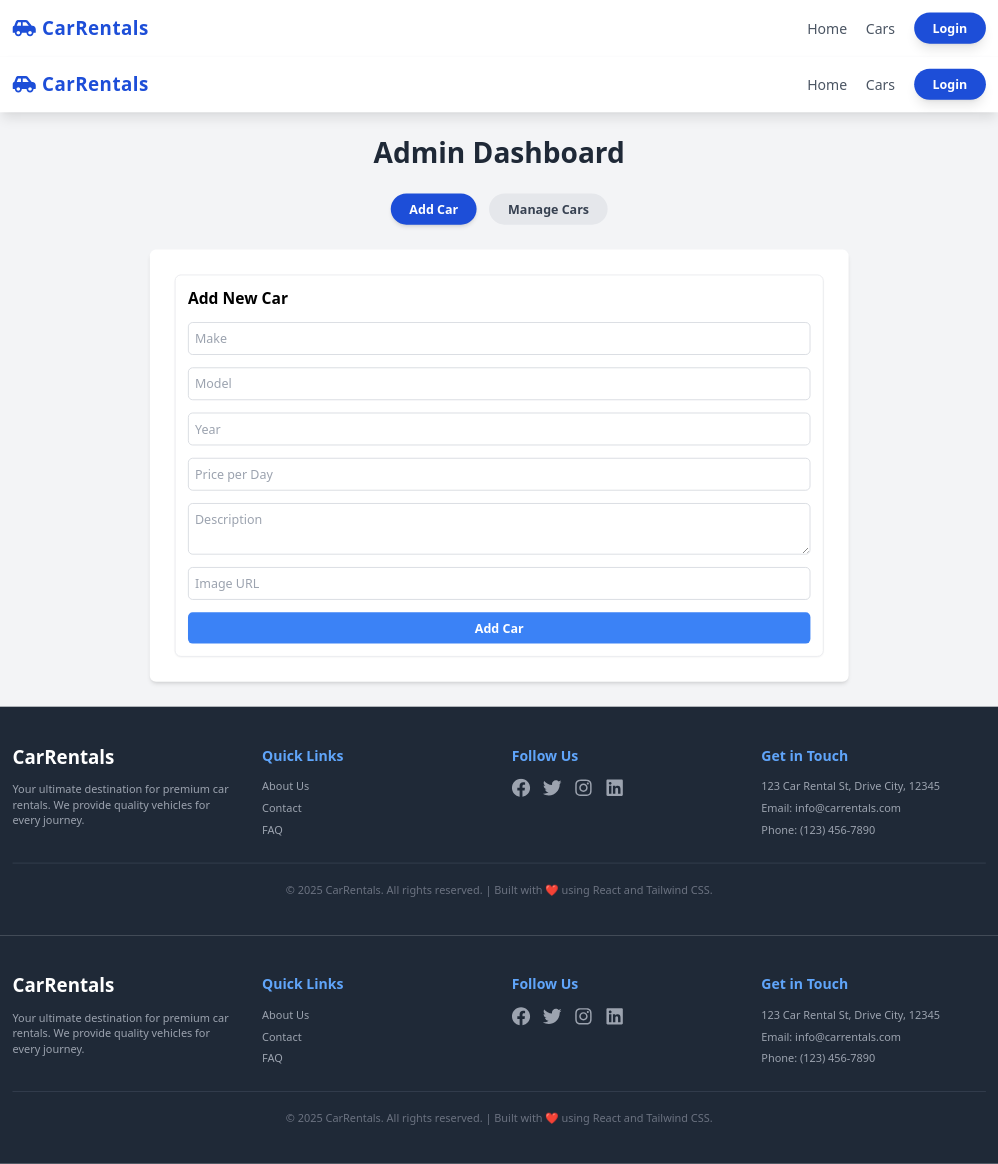
Repository: Daehy-peels/car-rental-app
Page: /admin (app in client/)
An editor plug-in stored every save of this project. The page is shown before and after the next save, followed by the edit.
The browser window is 1280 px wide. The pictures show the whole page, at 78% of full size.
The project was rebuilt for these pictures with package versions that can differ from the ones it lists, and the page was loaded fresh each time. Also part of the build but not shown: client/vite.config.js, client/src/components/Hero.jsx, client/src/components/CarCard.jsx, client/src/services/api.js, client/src/components/FeaturedCars.jsx, client/src/components/Testimonials.jsx, client/src/components/CallToAction.jsx, client/src/components/CarDetail.jsx and 2 more.

Above is the page before, as saved 2025-08-21 21:48:52.

### client/src/main.jsx
// src/main.jsx
import React from "react";
import ReactDOM from "react-dom/client";
import App from "./App.jsx";
import { BrowserRouter } from "react-router-dom";

ReactDOM.createRoot(document.getElementById("root")).render(
  <React.StrictMode>
    <BrowserRouter>
      <App />
    </BrowserRouter>
  </React.StrictMode>
);

### client/src/App.jsx
// src/App.jsx
import React, { useState, useEffect } from "react";
import { Routes, Route } from "react-router-dom";
import HomePage from "./pages/HomePage";
import AdminDashboard from "./pages/AdminDashboard";
import Navbar from "./components/Navbar";
import Footer from "./components/Footer";
import "./index.css";

function App() {
  return (
    <div className="flex flex-col min-h-screen bg-background font-sans antialiased">
      <Navbar />
      <div className="flex-grow">
        <Routes>
          <Route path="/" element={<HomePage />} />
          <Route path="/admin" element={<AdminDashboard />} />
        </Routes>
      </div>
      <Footer />
    </div>
  );
}

export default App;

### client/src/pages/AdminDashboard.jsx
// src/pages/AdminDashboard.jsx
import React, { useState } from "react";
import AddCarForm from "../components/AddCarForm";
import ManageCars from "../components/ManageCars";
import Navbar from "../components/Navbar";
import Footer from "../components/Footer";

const AdminDashboard = () => {
  const [activeTab, setActiveTab] = useState("addCar");

  const renderContent = () => {
    switch (activeTab) {
      case "addCar":
        return <AddCarForm />;
      case "manageCars":
        return <ManageCars />;
      // You will add 'manageUsers' and 'manageBookings' here later
      default:
        return <AddCarForm />;
    }
  };

  return (
    <div className="bg-background min-h-screen">
      <Navbar />
      <div className="container mx-auto px-4 py-8">
        <h1 className="text-4xl font-bold text-text mb-8 text-center">
          Admin Dashboard
        </h1>

        {/* Tab Navigation */}
        <div className="flex justify-center space-x-4 mb-8">
          <button
            onClick={() => setActiveTab("addCar")}
            className={`px-6 py-2 rounded-full font-semibold transition-colors ${
              activeTab === "addCar"
                ? "bg-primary text-white shadow-md"
                : "bg-gray-200 text-gray-700 hover:bg-gray-300"
            }`}
          >
            Add Car
          </button>
          <button
            onClick={() => setActiveTab("manageCars")}
            className={`px-6 py-2 rounded-full font-semibold transition-colors ${
              activeTab === "manageCars"
                ? "bg-primary text-white shadow-md"
                : "bg-gray-200 text-gray-700 hover:bg-gray-300"
            }`}
          >
            Manage Cars
          </button>
        </div>

        <div className="max-w-4xl mx-auto bg-white p-6 md:p-8 rounded-lg shadow-md">
          {renderContent()}
        </div>
      </div>
      <Footer />
    </div>
  );
};

export default AdminDashboard;

### client/src/components/Navbar.jsx
// src/components/Navbar.jsx
import React, { useState } from "react";
import { FaCarSide, FaBars, FaTimes } from "react-icons/fa";

const Navbar = () => {
  const [isMenuOpen, setIsMenuOpen] = useState(false);

  const toggleMenu = () => {
    setIsMenuOpen(!isMenuOpen);
  };

  return (
    <nav className="bg-white shadow-lg animate-fade-in-down">
      <div className="container mx-auto px-4 py-4 flex justify-between items-center">
        {/* Logo and App Name */}
        <div className="flex items-center space-x-2">
          <FaCarSide className="text-primary text-3xl" />
          <div className="text-2xl font-bold text-primary tracking-wide">
            CarRentals
          </div>
        </div>

        {/* Desktop Navigation Links */}
        <div className="hidden md:flex items-center space-x-6">
          <a
            href="#"
            className="text-gray-600 hover:text-primary transition-colors text-lg font-medium relative group"
          >
            Home
            <span className="absolute bottom-0 left-0 w-full h-0.5 bg-primary transform scale-x-0 group-hover:scale-x-100 transition-transform duration-300"></span>
          </a>
          <a
            href="#"
            className="text-gray-600 hover:text-primary transition-colors text-lg font-medium relative group"
          >
            Cars
            <span className="absolute bottom-0 left-0 w-full h-0.5 bg-primary transform scale-x-0 group-hover:scale-x-100 transition-transform duration-300"></span>
          </a>
          <a
            href="#"
            className="text-white bg-primary hover:bg-secondary px-6 py-2 rounded-full font-semibold transition-all duration-300 shadow-lg transform hover:scale-105"
          >
            Login
          </a>
        </div>

        {/* Mobile menu button */}
        <div className="md:hidden flex items-center">
          <button
            onClick={toggleMenu}
            className="text-gray-600 focus:outline-none"
          >
            {isMenuOpen ? <FaTimes size={24} /> : <FaBars size={24} />}
          </button>
        </div>
      </div>

      {/* Mobile menu content */}
      {isMenuOpen && (
        <div className="md:hidden bg-white shadow-lg py-4 transition-all duration-300 ease-in-out">
          <div className="flex flex-col items-center space-y-4">
            <a
              href="#"
              className="block text-gray-600 hover:text-primary transition-colors text-lg font-medium w-full text-center py-2"
            >
              Home
            </a>
            <a
              href="#"
              className="block text-gray-600 hover:text-primary transition-colors text-lg font-medium w-full text-center py-2"
            >
              Cars
            </a>
            <a href="#" className="block w-full text-center">
              <button className="bg-primary text-white hover:bg-secondary px-6 py-2 rounded-full font-semibold transition-colors w-1/2">
                Login
              </button>
            </a>
          </div>
        </div>
      )}
    </nav>
  );
};

export default Navbar;

### client/src/components/Footer.jsx
// src/components/Footer.jsx
import React from "react";
import { FaFacebook, FaTwitter, FaInstagram, FaLinkedin } from "react-icons/fa";

const Footer = () => {
  return (
    // Removed the mt-12 class
    <footer className="bg-text text-white py-12">
      <div className="container mx-auto px-4 text-center md:text-left">
        <div className="grid grid-cols-1 md:grid-cols-4 gap-8">
          {/* Logo and About Section */}
          <div className="col-span-1">
            <p className="text-2xl font-bold mb-4">CarRentals</p>
            <p className="text-sm text-gray-400">
              Your ultimate destination for premium car rentals. We provide
              quality vehicles for every journey.
            </p>
          </div>

          {/* Quick Links */}
          <div className="col-span-1">
            <h4 className="text-lg font-semibold mb-4 text-accent">
              Quick Links
            </h4>
            <ul className="space-y-2 text-sm">
              <li>
                <a
                  href="#"
                  className="text-gray-400 hover:text-white transition-colors"
                >
                  About Us
                </a>
              </li>
              <li>
                <a
                  href="#"
                  className="text-gray-400 hover:text-white transition-colors"
                >
                  Contact
                </a>
              </li>
              <li>
                <a
                  href="#"
                  className="text-gray-400 hover:text-white transition-colors"
                >
                  FAQ
                </a>
              </li>
            </ul>
          </div>

          {/* Social Media Links */}
          <div className="col-span-1">
            <h4 className="text-lg font-semibold mb-4 text-accent">
              Follow Us
            </h4>
            <div className="flex justify-center md:justify-start space-x-4">
              <a
                href="#"
                className="text-gray-400 hover:text-white transition-colors transform hover:scale-110"
              >
                <FaFacebook size={24} />
              </a>
              <a
                href="#"
                className="text-gray-400 hover:text-white transition-colors transform hover:scale-110"
              >
                <FaTwitter size={24} />
              </a>
              <a
                href="#"
                className="text-gray-400 hover:text-white transition-colors transform hover:scale-110"
              >
                <FaInstagram size={24} />
              </a>
              <a
                href="#"
                className="text-gray-400 hover:text-white transition-colors transform hover:scale-110"
              >
                <FaLinkedin size={24} />
              </a>
            </div>
          </div>

          {/* Contact Info */}
          <div className="col-span-1">
            <h4 className="text-lg font-semibold mb-4 text-accent">
              Get in Touch
            </h4>
            <p className="text-sm text-gray-400">
              123 Car Rental St, Drive City, 12345
            </p>
            <p className="text-sm text-gray-400 mt-2">
              Email: info@carrentals.com
            </p>
            <p className="text-sm text-gray-400 mt-2">Phone: (123) 456-7890</p>
          </div>
        </div>

        <div className="border-t border-gray-700 mt-8 pt-6">
          <p className="text-sm text-gray-500 text-center">
            &copy; {new Date().getFullYear()} CarRentals. All rights reserved. |
            Built with ❤️ using React and Tailwind CSS.
          </p>
        </div>
      </div>
    </footer>
  );
};

export default Footer;

### client/src/index.css
/* client/src/index.css */
@tailwind base;
@tailwind components;
@tailwind utilities;

### client/src/components/AddCarForm.jsx
// src/AddCarForm.jsx
import React, { useState } from "react";

const AddCarForm = () => {
  // State to hold the form data
  const [formData, setFormData] = useState({
    make: "",
    model: "",
    year: "",
    price_per_day: "",
    description: "",
    image_url: "",
  });

  // Handle input changes
  const handleChange = (e) => {
    setFormData({ ...formData, [e.target.name]: e.target.value });
  };

  // Handle form submission
  const handleSubmit = async (e) => {
    e.preventDefault();
    try {
      const response = await fetch("http://localhost:3000/api/cars", {
        method: "POST",
        headers: {
          "Content-Type": "application/json",
        },
        body: JSON.stringify(formData),
      });

      if (response.ok) {
        alert("Car added successfully!");
        setFormData({
          make: "",
          model: "",
          year: "",
          price_per_day: "",
          description: "",
          image_url: "",
        });
      } else {
        alert("Failed to add car.");
      }
    } catch (error) {
      console.error("Error:", error);
      alert("An error occurred. Check the console for details.");
    }
  };

  return (
    <div className="p-4 border border-gray-200 rounded-lg shadow-sm">
      <h2 className="text-xl font-semibold mb-4">Add New Car</h2>
      <form onSubmit={handleSubmit} className="grid gap-4">
        <input
          type="text"
          name="make"
          value={formData.make}
          onChange={handleChange}
          placeholder="Make"
          required
          className="p-2 border border-gray-300 rounded-md"
        />
        <input
          type="text"
          name="model"
          value={formData.model}
          onChange={handleChange}
          placeholder="Model"
          required
          className="p-2 border border-gray-300 rounded-md"
        />
        <input
          type="number"
          name="year"
          value={formData.year}
          onChange={handleChange}
          placeholder="Year"
          required
          className="p-2 border border-gray-300 rounded-md"
        />
        <input
          type="number"
          name="price_per_day"
          value={formData.price_per_day}
          onChange={handleChange}
          placeholder="Price per Day"
          required
          className="p-2 border border-gray-300 rounded-md"
        />
        <textarea
          name="description"
          value={formData.description}
          onChange={handleChange}
          placeholder="Description"
          className="p-2 border border-gray-300 rounded-md"
        ></textarea>
        <input
          type="text"
          name="image_url"
          value={formData.image_url}
          onChange={handleChange}
          placeholder="Image URL"
          className="p-2 border border-gray-300 rounded-md"
        />
        <button
          type="submit"
          className="bg-blue-500 text-white font-bold py-2 px-4 rounded-md hover:bg-blue-600 transition-colors"
        >
          Add Car
        </button>
      </form>
    </div>
  );
};

export default AddCarForm;

### client/tailwind.config.js
// client/tailwind.config.js
/** @type {import('tailwindcss').Config} */
export default {
  content: ["./index.html", "./src/**/*.{js,ts,jsx,tsx}"],
  theme: {
    extend: {
      colors: {
        primary: "#1d4ed8", // A deep blue
        secondary: "#3b82f6", // A lighter blue
        accent: "#60a5fa", // A light accent blue
        background: "#f3f4f6", // A soft gray
        text: "#1f2937", // A dark text color
      },
      keyframes: {
        "fade-in-down": {
          "0%": {
            opacity: "0",
            transform: "translateY(-10px)",
          },
          "100%": {
            opacity: "1",
            transform: "translateY(0)",
          },
        },
        "fade-in-up": {
          "0%": {
            opacity: "0",
            transform: "translateY(10px)",
          },
          "100%": {
            opacity: "1",
            transform: "translateY(0)",
          },
        },
        "fade-in": {
          "0%": {
            opacity: "0",
          },
          "100%": {
            opacity: "1",
          },
        },
        "scale-in": {
          "0%": {
            transform: "scale(0.95)",
            opacity: "0",
          },
          "100%": {
            transform: "scale(1)",
            opacity: "1",
          },
        },
      },
      animation: {
        "fade-in-down": "fade-in-down 0.5s ease-out",
        "fade-in-up": "fade-in-up 0.5s ease-out",
        "fade-in": "fade-in 0.5s ease-out",
        "scale-in": "scale-in 0.3s ease-out",
      },
    },
  },
  plugins: [],
};

Loaded but not shown: client/index.html (common file)

After the next save:
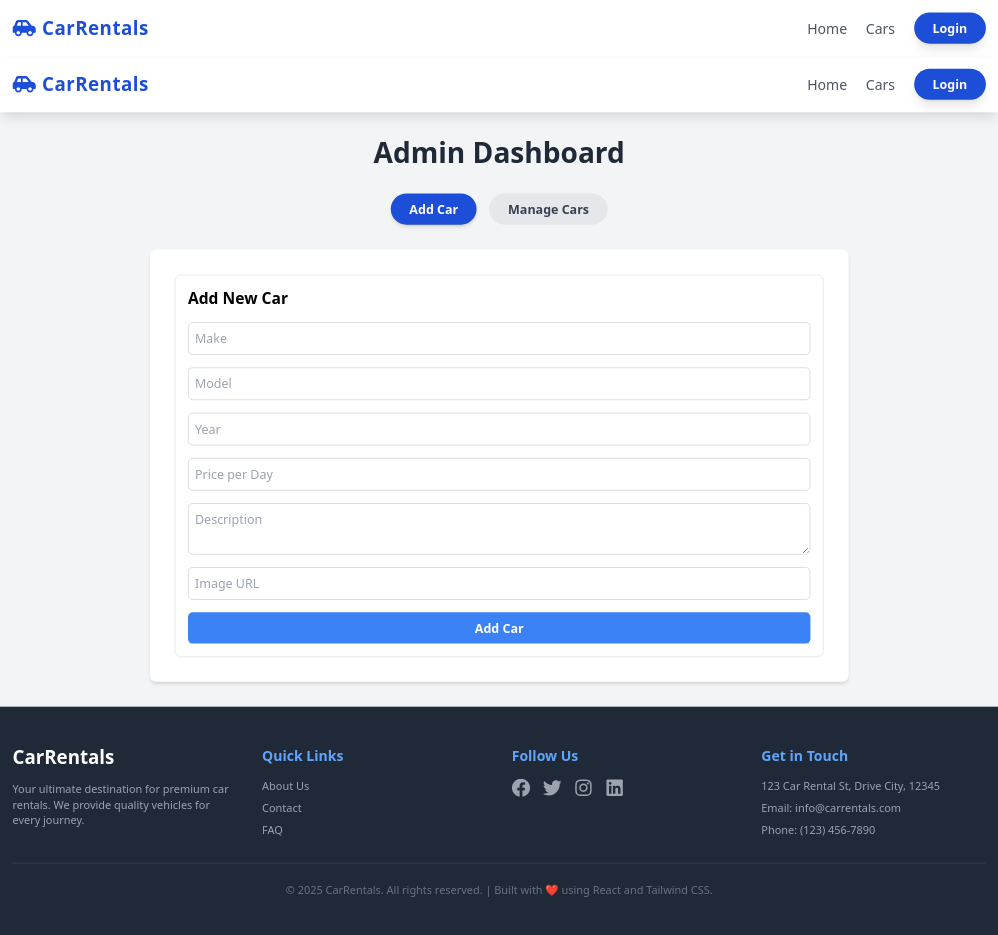
Saved 38 s later.
--- a/client/src/pages/AdminDashboard.jsx
+++ b/client/src/pages/AdminDashboard.jsx
@@ -56,7 +56,6 @@ const AdminDashboard = () => {
           {renderContent()}
         </div>
       </div>
-      <Footer />
     </div>
   );
 };
